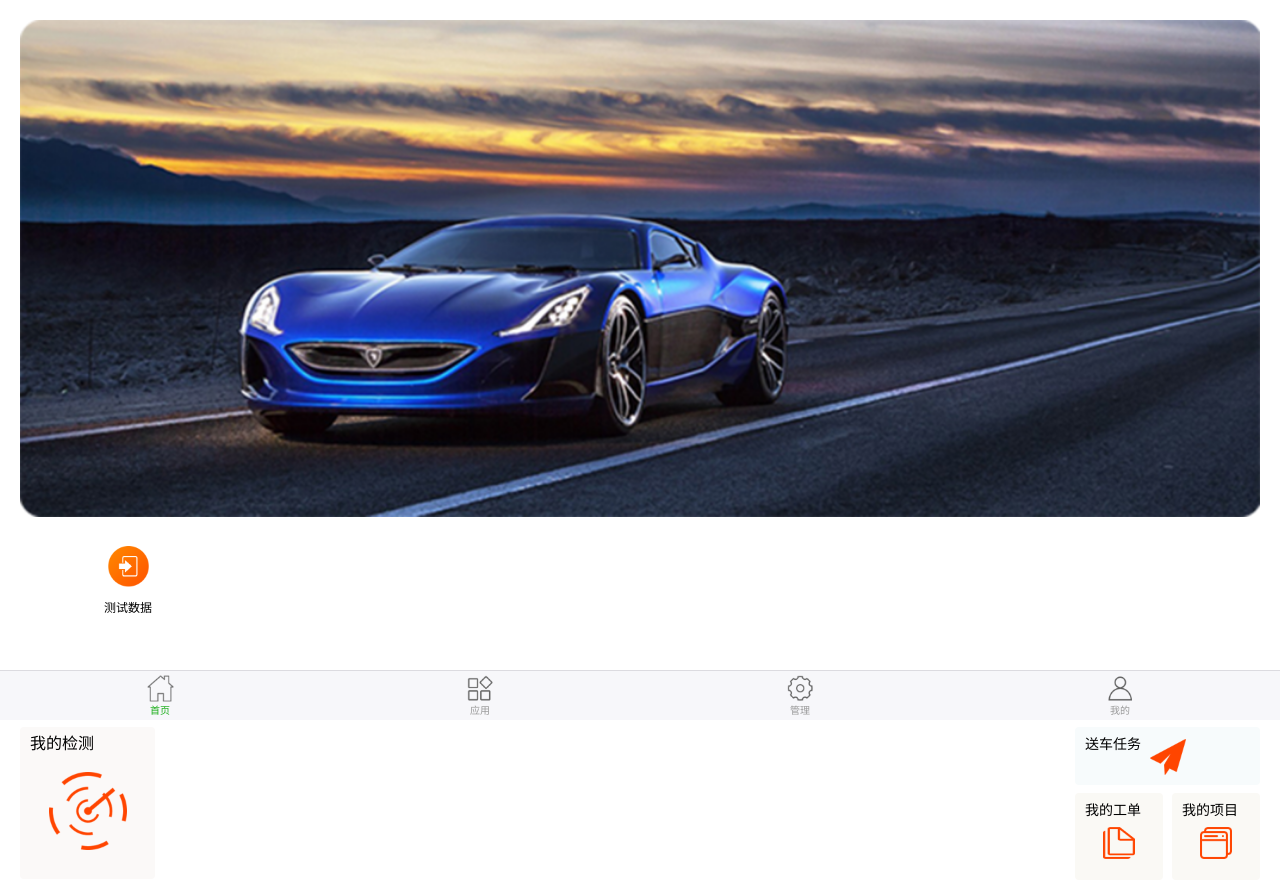
Repository: family-car/car
Page: vehicleEntry.html
These files come from the project's save history. The page is drawn as it stood at one moment and after the next save; the edit follows.
The browser window is 1280 px wide. The pictures show the whole page.

Above is the page before, as saved 2020-05-11 21:02:11.

### vehicleEntry.html
<!-- HTML5文件 -->
<!DOCTYPE html>
<html>
<head>
	<meta charset="utf-8" />
	<meta name="viewport" content="width=device-width,minimum-scale=1.0,maximum-scale=1.0,user-scalable=no"/>
	<meta content="telephone=no,email=no" name="format-detection">
	<meta name="wap-font-scale" content="no">
	<title>车辆进场</title>
	<!-- ui框架引入css -->
	<link href="lib/weui/weui.min.css" rel="stylesheet" type="text/css" />
	<link href="lib/weui/jquery-weui.min.css" rel="stylesheet" type="text/css" />
	<!-- 公用样式css -->
	<link href="src/css/base.css" rel="stylesheet" type="text/css" />
	<!-- 界面引入css -->
  <link href="src/css/app/index.css" rel="stylesheet" type="text/css" />
  <!-- jquery引入 -->
  <script type="text/javascript" src="lib/jquery/jquery-2.1.4.min.js"></script>
  <script type="text/javascript" src="lib/unit.js"></script>
</head>
<body>

<div class="main bot44">
  <header>

  </header>
  <div class="banner">
      <div class="bannerList"><img src="src/image/banner3x.png"/></div>
  </div>
  <!-- swiper -->
  <div class="swiper-container swpierList" slot="pagination">
    <div class="swiper-wrapper">
      <div class="swiper-slide"></div>
    </div>
    <div class="swiper-pagination"></div>
  </div>
  <!-- subject -->
  <div class="subject cf">
     <div class="fl">
       <dl class="myCheck">
         <dt>我的检测</dt>
         <dd class="flex flex-center"><img src="src/image/check.png"/></dd>
       </dl>
     </div>
     <div class="fr">
       <div class="task">
        <dl class="taskCon">
          <dt>送车任务</dt>
          <dd class=""><img src="src/image/task.png"/></dd>
        </dl>
       </div>
       <div class="myProject cf">
        <dl class="projectCon fl">
          <dt>我的工单</dt>
          <dd class="flex flex-center"><img src="src/image/handel.png"/></dd>
        </dl>
        <dl class="projectCon fr">
          <dt>我的项目</dt>
          <dd class="flex flex-center"><img src="src/image/project3x.png"/></dd>
        </dl>
       </div>
     </div>
  </div>
  <!-- footer -->
  <footer class="footer">
    <div class="weui-tabbar">
      <a href="javascript:;" class="weui-tabbar__item weui-bar__item--on">
        <div class="weui-tabbar__icon">
          <img src="src/image/index3x.png" alt="">
        </div>
        <p class="weui-tabbar__label">首页</p>
      </a>
      <a href="javascript:;" class="weui-tabbar__item">
        <div class="weui-tabbar__icon">
          <img src="src/image/apply3x.png" alt="">
        </div>
        <p class="weui-tabbar__label">应用</p>
      </a>
      <a href="javascript:;" class="weui-tabbar__item">
        <div class="weui-tabbar__icon">
          <img src="src/image/manage3x.png" alt="">
        </div>
        <p class="weui-tabbar__label">管理</p>
      </a>
      <a href="javascript:;" class="weui-tabbar__item">
        <div class="weui-tabbar__icon">
          <img src="src/image/mine3x.png" alt="">
        </div>
        <p class="weui-tabbar__label">我的</p>
      </a>
    </div>
  </footer>
</div>

<!-- jquery引入 -->
<script type="text/javascript" src="lib/jquery/swiper.js"></script>
<script type="text/javascript" src="src/js/entry/index.js"></script>
</body>
</html>

### src/css/base.css
*,
*:after,
*:before {
    -webkit-box-sizing: border-box;
    box-sizing: border-box;
}
[v-cloak] {
  display: none;
}
a,
blockquote,
body,
code,
dd,
div,
dl,
dt,
em,
fieldset,
form,
h1,
h2,
h3,
h4,
h5,
h6,
iframe,
img,
input,
label,
li,
object,
ol,
p,
q,
small,
span,
strong,
table,
tbody,
td,
th,
tr,
ul {
    margin: 0;
    padding: 0;
    border: 0;
}
input{
	outline: none;
}
body,
html {
    width: 100%;
}

body {
    margin: 0 auto;
    line-height: 1;
    font-size: 14px;
    font-family: 'STHeiti', 'Microsoft YaHei', Helvetica, Arial, sans-serif;
    -webkit-text-size-adjust: none;
    -webkit-tap-highlight-color: rgba(0, 0, 0, 0);
}

h1,
h2,
h3,
h4,
h5,
h6 {
    font-size: .28rem;
    font-weight: normal;
}

a,
a:active,
a:focus,
a:hover,
a:visited {
    text-decoration: none;
    color: #393939;
}

a,
img {
    -webkit-touch-callout: none;
}

li,
ol,
ul {
    list-style: none;
}

input[type="password"],
input[type="tel"],
input[type="text"],
select,
textarea {
    display: block;
    width: 100%;
    line-height: 1.2;
    font-size:14px;
    resize: none;
    outline: 0;
    vertical-align: middle;
    background-color: #fff;
    background-image: none;
    border: 0;
    white-space: pre-wrap;
    word-wrap: break-word;
    -webkit-appearance: none;
}

p {
    background-color: transparent;
    word-break: break-all;
}

em,
i {
    font-style: normal;
}
@font-face {
    font-family: 'iconfont';
    src: url("../font/icomoon.eot");
    src: url("../font/icomoon.eot?#iefix") format("embedded-opentype"), url("../font/icomoon.ttf") format("truetype"), url("../font/icomoon.svg#iconfont") format("svg");
}

html {
    background: #fff;
}

body {
    background: #fff;
    color: #000;
}

.fl {
    float: left;
}

.fr {
    float: right;
}

.cf:after {
    display: block;
    clear: both;
    content: "";
    visibility: hidden;
    height: 0;
}

.tr {
    text-align: right;
}

.tc {
    text-align: center;
}

.td-underline {
    text-decoration: underline;
}

.tm {
    vertical-align: middle;
}
.boxSizing{
    box-sizing:border-box;
    -moz-box-sizing:border-box; /* Firefox */
    -webkit-box-sizing:border-box;
}

.flex {
    display: -webkit-box !important;
    display: -webkit-flex !important;
    display: -ms-flexbox !important;
    display: flex !important;
    -webkit-flex-wrap: wrap;
    -ms-flex-wrap: wrap;
    flex-wrap: wrap;
}

.flex .cell {
    -webkit-box-flex: 1;
    -webkit-flex: 1;
    -ms-flex: 1;
    flex: 1;
    width: 0;
    -webkit-flex-basis: 0;
    -ms-flex-preferred-size: 0;
    flex-basis: 0;
    max-width: 100%;
    display: block;
    padding: 0 !important;
    position: relative;
}
.flex .cell2{
    -webkit-box-flex: 2;
    -webkit-flex: 2;
    -ms-flex: 2;
    flex: 2;
}


.flex .cell.hide {
    display: none;
}

.flex .flex-130 {
    -webkit-box-flex: 150!important;
    -webkit-flex: 130!important;
    -ms-flex: 130!important;
    flex: 130!important;
}

.flex .flex-200 {
    -webkit-box-flex: 200!important;
    -webkit-flex: 200!important;
    -ms-flex: 200!important;
    flex: 200!important;
}

.flex-center {
    -webkit-box-pack: center;
    -webkit-justify-content: center;
    justify-content: center;
    -webkit-box-align: center;
    -webkit-align-items: center;
    align-content: center;
}
.flex-between {
    -webkit-box-pack: center;
    -webkit-justify-content: space-between;
    justify-content: space-between;
    -webkit-box-align: center;
    -webkit-align-items: center;
    align-content: center;
}

.img-responsive {
    display: inline-block;
    width: 100%;
}

.bg-white {
    background: #fff;
}

.bg-orange {
    background: #fa462d;
}

.bg-blue {
    background: #246EBE;
}
.bg-green{color:#0BA66D;}
.bg-light-green{color:#56dfb3;}
.bg-gray {
    background: #f3f4f6;
}

.bg-light-yellow {
    background: #fbf8ec;
}

.bg-disabled {
    background: #9d9d9d;
}

.color-blue {
    color: #246EBE;
}

.color-muted {
    color: #9d9d9d;
}

.color-orange {
    color: #fa462d;
}

.color-white {
    color: #fff;
}

.color-gray {
    color: #848689;
}
.color-green{color:#0BA66D;}
.color-light-green{color:#56dfb3;}
.color-red{color:#f23030;}
.color-block{color:#393939;}

.relative {
    position: relative;
}

.overflow {
    overflow: hidden;
}

.ellipsis {
    white-space: nowrap;
    overflow: hidden;
    text-overflow: ellipsis;
}

.clamp {
    display: -webkit-box;
    overflow: hidden;
    text-overflow: ellipsis;
    -webkit-line-clamp: 2;
    -webkit-box-orient: vertical;
}

.animate {
    -webkit-animation-play-state: paused;
}

.hide {
    display: none;
}

.footbar-default .coagent span:before,
.iconfont,
.panel-selector .list li .fr:after,
.select:before {
    font-family: "iconfont" !important;
    font-size: .28rem;
    font-style: normal;
    -webkit-font-smoothing: antialiased;
    -webkit-text-stroke-width: 2px;
    -moz-osx-font-smoothing: grayscale;
}
.btn {
    display: inline-block;
    padding: .18rem .2rem;
    vertical-align: middle;
    font-size: .26rem;
    font-weight: normal;
    line-height: 1;
    text-align: center;
    white-space: nowrap;
    background-image: none;
    border: 1px solid transparent;
    border-radius: .06rem;
    cursor: pointer;
    outline: 0;
    -webkit-appearance: none;
    -webkit-user-select: none;
    -moz-user-select: none;
    -ms-user-select: none;
    user-select: none;
}

.btn-default {
    color: #393939;
    background-color: #fff;
    border-color: #ccc;
}

.btn-primary {
    color: #fff;
    background-color: #0ba66d;
    border-color: #0ba66d;
}

.btn-primary-outline {
    color: #0ba66d;
    background-color: #fff;
    border-color: #0ba66d;
}

.btn-default-outline {
    color: #393939;
    background-color: #fff;
    border-color: #d7d7d7;
}

.btn-disabled {
    color: #fff;
    background-color: #9d9d9d;
    border-color: #9d9d9d;
}

.btn-block {
    display: block;
    width: 100%;
    padding-left: 0;
    padding-right: 0;
}

.btn-primary:active {
    color: #fff;
    background-color: #0ba66d;
    border-color: #0ba66d;
}

.btn-disabled:active {
    color: #fff;
    background-color: #9d9d9d;
    border-color: #9d9d9d;
}

.btn-default:active {
    color: #393939;
    background-color: #d7d7d7;
    border-color: #d7d7d7;
}

.btn-search {
    padding: .06rem .1rem;
    margin-left: .05rem;
    line-height: .4rem;
}

.pd8 {
    padding-right: .8rem;
    padding-left: .8rem;
}

.badge-outline {
    background: #fff;
    border: 1px solid #0ba66d;
    color: #0ba66d;
}

.no_info {
    color: #9d9d9d;
    line-height: 2.2rem;
    text-align: center;
}

.footbar {
    position: fixed;
    left: 0;
    right: 0;
    bottom: 0;
    z-index: 999999;
}
.footbar-default {
    height: 1.01rem;
    background-color: #fff;
    border-top: 1px solid #d7d7d7;
}
/*字体*/
.icon-detail:before {
    content: '\e93b';
}
.icon-floder:before {
    content: '\e91b';
}
.icon-home:before {
    content: '\e901';
}
.icon-order:before {
    content: '\e908';
}
.icon-mine:before {
    content: '\e905';
}
.icon-upload::before{
    content: '\e91c';
}
.icon-add::before{
    content: '\e91e';
}
.icon-detele::before{
    content: '\e920';
}
.icon-warn::before{
    content: '\e91a';
}
.icon-arrow::before{
    content:'\e916'
}
.icon-course::before{
    content:'\e908'
}

 #loading{
     position:fixed;
     top:0;left:0;
     width:100%;height:100%;
     background: rgba(0,0,0,.7);
     z-index:999;
}
 #loading .loader-01{
     position:absolute;top:50%;left:50%;
     width:60px;height:60px;
     margin-top:-30px;
     margin-left:-30px;
     color: #fff;
}

### src/css/app/index.css
body, html {
    height: 100%;
    overflow: hidden;
}
.banner{
    padding: 20px;
}
.bannerList{
    overflow: hidden;
    width: 100%;
    border-radius: 2px;
}
.bannerList img{
    width: 100%;
    height:100%;
}
.swpierList .iconList{
    float: left;
    width: 20%;
    text-align: center;
    margin: .4rem 0;
}

.iconList img{
    height: 41px;
    width: 41px;
}
.iconList p{
    font-size: 12px;
    font-weight: 100;
    line-height: 38px;
}
.subject{
    padding: 0 20px;
}
.myCheck{
    height: 152px;
    width: 135px;
    padding: 0 10px;
    background: #FBF9F8;
    border-radius: 4px;
}
.myCheck dt{
    line-height: 34px;
    margin-bottom: 11px;
    font-size: 16px;
}
.myCheck dd img{
    height: 78px;
    width: 78px;
}
.task{
    width: 185px;
    height: 58px;
    padding: 0 10px;
    background: #F7FBFC;
    border-radius: 4px;
    position: relative;
}
.taskCon dt{
    line-height: 34px;
}
.taskCon dd img{
    height: 36px;
    width: 36px;
    position: absolute;
    left: 0;
    right: 0;
    margin: 0 auto;
    top: 12px;
}
.myProject{
    margin-top: 8px;
}
.myProject .projectCon{
    height: 87px;
    width: 88px;
    padding: 0 10px;
    background: #FAF9F5;
    border-radius: 4px;
}
.myProject .projectCon dt{
    line-height: 34px;
}
.myProject .projectCon dd img{
    height: 32px;
    width: 32px;
}

### src/js/entry/index.js
/**  默认加载  **/
$(function () {
    var  process={
        iconList:[{name:"接车进店",image:"src/image/join3x.png"},
            {name:"维保开单",image:"src/image/repair.png"},
            {name:"快速洗车",image:"src/image/wash.png"},
            {name:"车辆检测",image:"src/image/check.png"},
            {name:"待施工",image:"src/image/construct3x.png"},
            {name:"待完工",image:"src/image/complete.png"},
            {name:"完工质检",image:"src/image/quality.png"},
            {name:"待结算",image:"src/image/account.png"},
            {name:"客户查询",image:"src/image/inquiry.png"},
            {name:"预约订单",image:"src/image/bill3x.png"},
            {name:"测试数据",image:"src/image/join3x.png"},
        ],
        init:function(){
            this.swiper();
        },
        pages () {
            const pages = []
            this.iconList.forEach((item, index) => {
              const page = Math.floor(index / 10)
              if (!pages[page]) {
                pages[page] = []
              }
              pages[page].push(item)
            })
            return pages
        },
        swiper:function () {
            /*加载轮播列表*/
            let swpier = []
            let temp = []
            $.each(this.pages(),function(n,item){
                temp.push(`<div class="swiper-slide">`);
                $.each(item,function(n,v){
                    temp.push(`<div class="iconList">`);
                    temp.push(`<img class="icon-img-content" src="${v.image}" alt="" />`);
                    temp.push(`<p class="icon-desc">${v.name}</p>`);
                    temp.push(`</div>`);
                })
                temp.push(`</div>`);
            })
            $(".swiper-wrapper").html(temp.join(''))
            /*  轮播效果加载   */
            $(".swiper-container").swiper({
                loop: true,
                autoplayDisableOnInteraction: false,
                autoplay: 3000,
                pagination: {
                    el: '.swiper-pagination',
                },
            });
        },
    };

    window.onload = function(){
        process.init();
    }


})

Loaded but not shown: lib/weui/weui.min.css (library); lib/weui/jquery-weui.min.css (library); lib/jquery/jquery-2.1.4.min.js (library); lib/unit.js (library); lib/jquery/swiper.js (library)

After the next save:
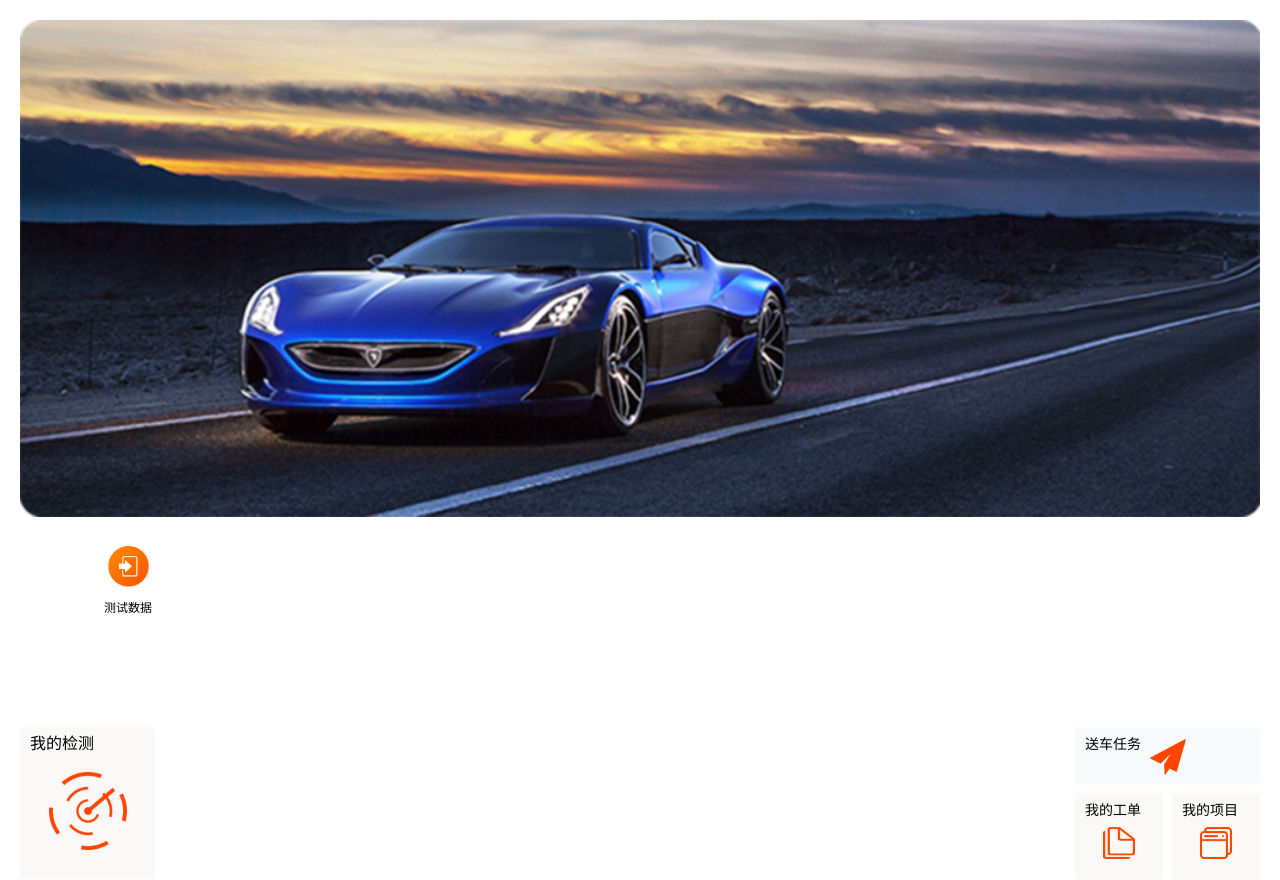
Saved 15 s later.
--- a/vehicleEntry.html
+++ b/vehicleEntry.html
@@ -61,35 +61,6 @@
        </div>
      </div>
   </div>
-  <!-- footer -->
-  <footer class="footer">
-    <div class="weui-tabbar">
-      <a href="javascript:;" class="weui-tabbar__item weui-bar__item--on">
-        <div class="weui-tabbar__icon">
-          <img src="src/image/index3x.png" alt="">
-        </div>
-        <p class="weui-tabbar__label">首页</p>
-      </a>
-      <a href="javascript:;" class="weui-tabbar__item">
-        <div class="weui-tabbar__icon">
-          <img src="src/image/apply3x.png" alt="">
-        </div>
-        <p class="weui-tabbar__label">应用</p>
-      </a>
-      <a href="javascript:;" class="weui-tabbar__item">
-        <div class="weui-tabbar__icon">
-          <img src="src/image/manage3x.png" alt="">
-        </div>
-        <p class="weui-tabbar__label">管理</p>
-      </a>
-      <a href="javascript:;" class="weui-tabbar__item">
-        <div class="weui-tabbar__icon">
-          <img src="src/image/mine3x.png" alt="">
-        </div>
-        <p class="weui-tabbar__label">我的</p>
-      </a>
-    </div>
-  </footer>
 </div>
 
 <!-- jquery引入 -->
